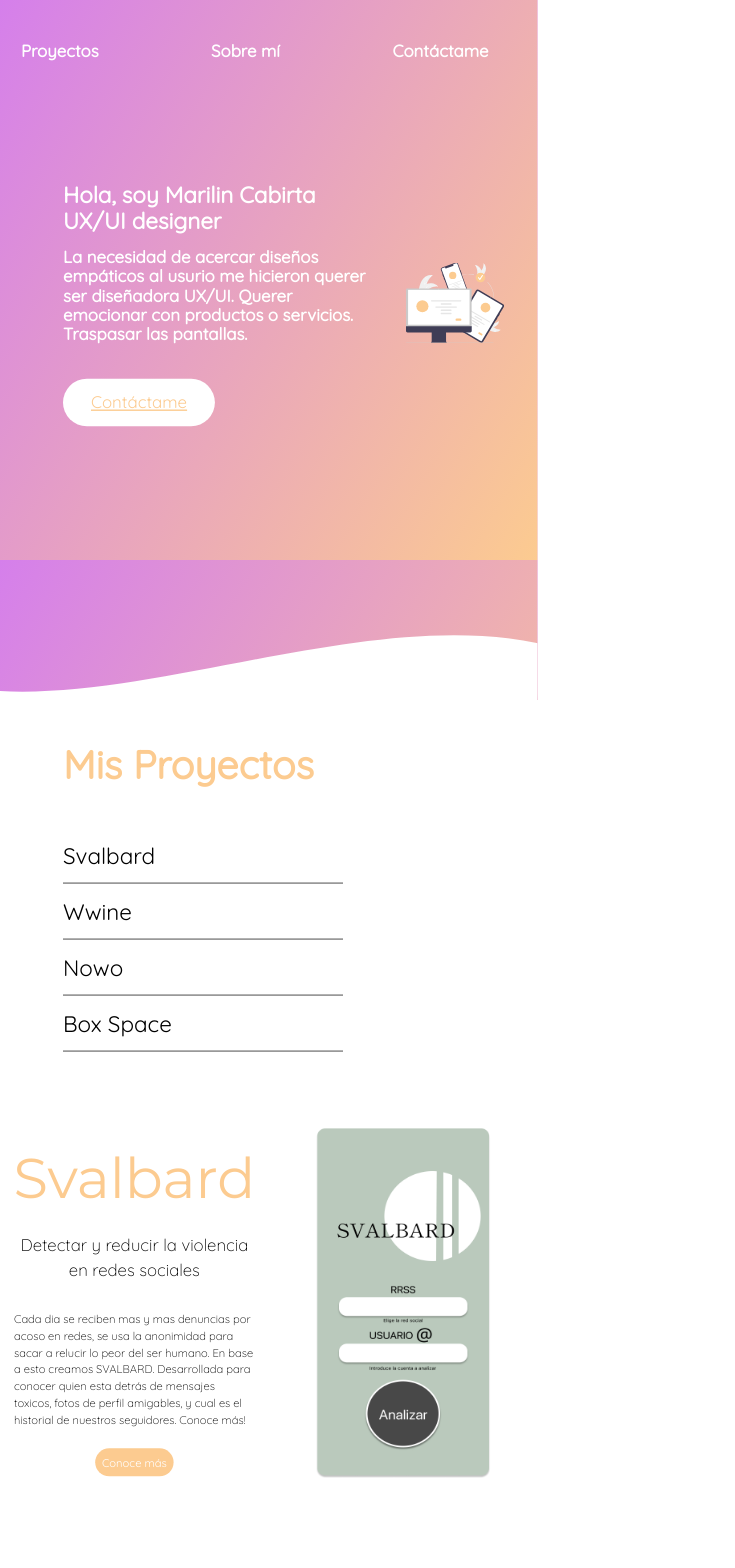
Repository: Marilyncabirta/portfolioHTML
Page: index.html
The author's editor kept a copy of each file at every save. The page is drawn from the files as they stood at one save, then again after the next save.
The browser window is 768 px wide. The page is 1050 px wide, so the pictures cover 1050 px, including what lies to the right of the window. The pictures show the part of the page from y = 0 to 2240 px (the page is 4553 px tall), at 70% of full size.
Backgrounds fixed to the window are drawn as part of the page. Some web libraries are served in a nearby version.

Above is the page before, as saved 2022-12-16 13:00:52.

After the next save:
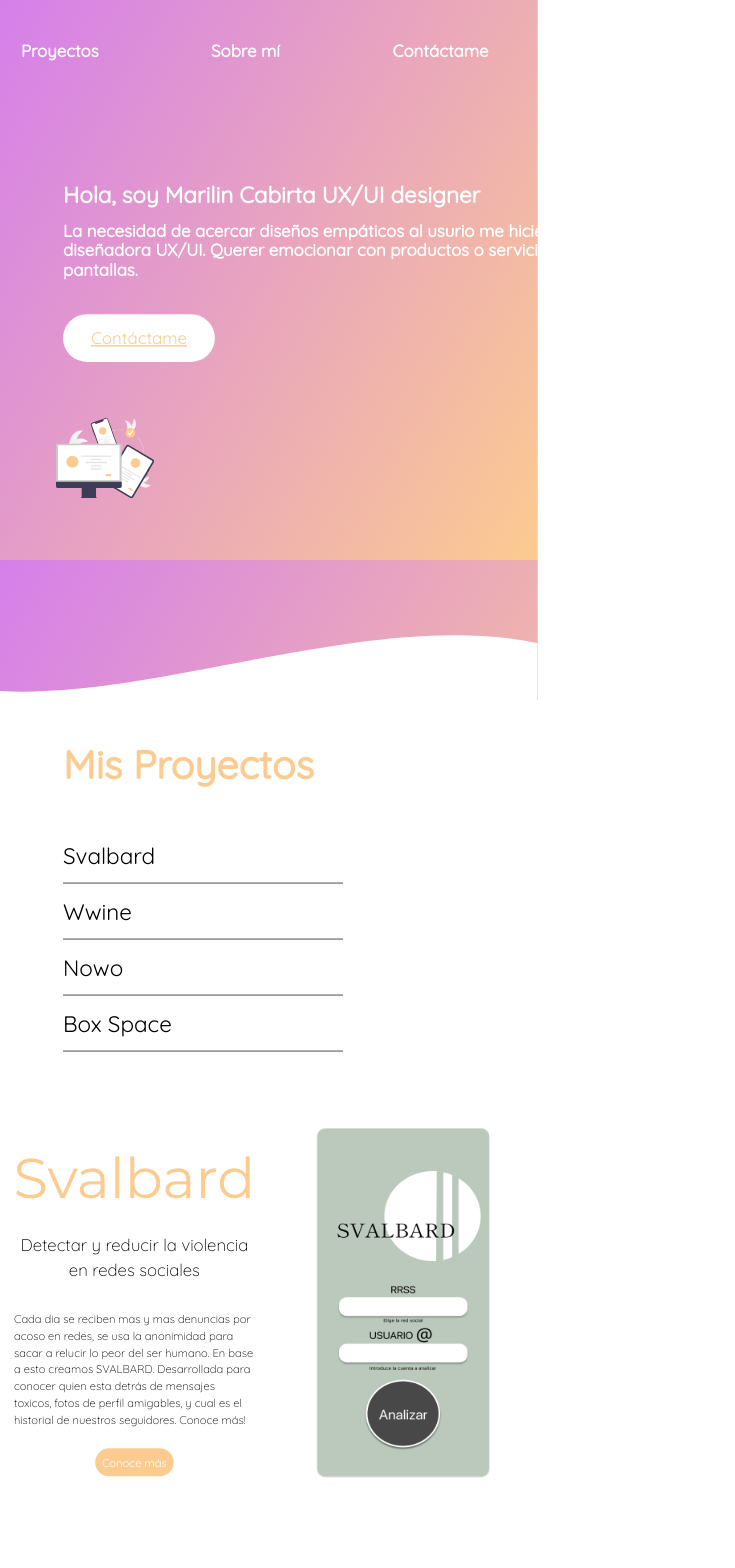
Saved 8 s later.
--- a/css/estilos.css
+++ b/css/estilos.css
@@ -358,7 +358,7 @@ text-decoration: underline;
         .hero__contenedor{
             width: 1000px;
             display: grid;
-            grid-template-columns: 1fr 1fr ;
+            grid-template-columns: 1fr ;
             height: 100%;
             justify-content: space-evenly;
             align-items: center;
